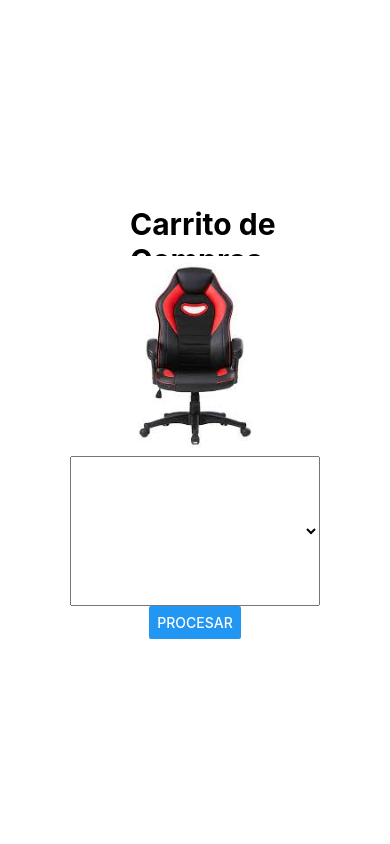
Repository: oscaredu1998/compras
Screen: / (app in frontend/)
The author's editor kept a copy of each file at every save. The screen is drawn from the files as they stood at one save, then again after the next save.
The app was drawn by React Native's web renderer in a window 390 px wide. The project was rebuilt for these pictures with package versions that can differ from the ones it lists, and the page was loaded fresh each time.

Above is the screen before, as saved 2020-02-21 18:18:24.

After the next save:
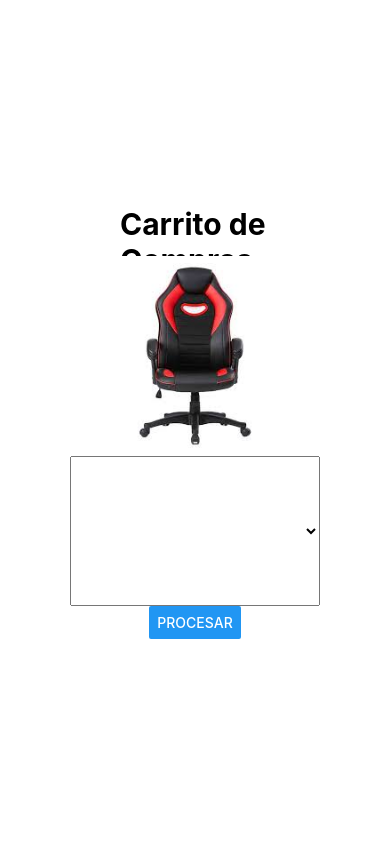
Saved 8 s later.
--- a/frontend/App.js
+++ b/frontend/App.js
@@ -28,7 +28,7 @@ export default class App extends Component {
   render() {
     return (
       <View style={styles.container}>
-        <Text style={{width: 150, height: 50, fontSize: 30, fontWeight: 'bold', left: 10}}>Carrito de Compras</Text>
+        <Text style={{width: 150, height: 50, fontSize: 30, fontWeight: 'bold'}}>Carrito de Compras</Text>
         <Image
             style={{width: 200, height: 200}}
             source={require('./assets/images.jpg')}
